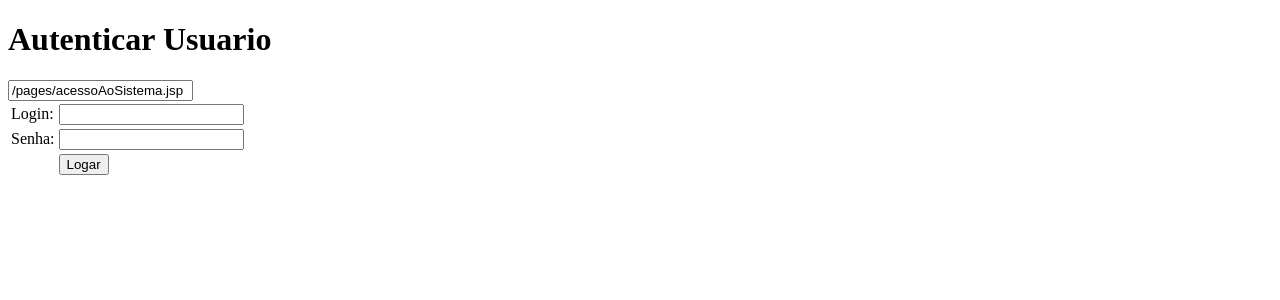
Repository: VictorGOrellana/RecursosJava
Page: http://localhost/curso.edu/pages/acessoAoSistema.jsp
An editor plug-in stored every save of this project. The page is shown before and after the next save, followed by the edit.
The browser window is 1280 px wide. The pictures show the whole page.
The page is served by Tomcat 9.

Above is the page before, as saved 2019-07-25 17:01:48.

After the next save:
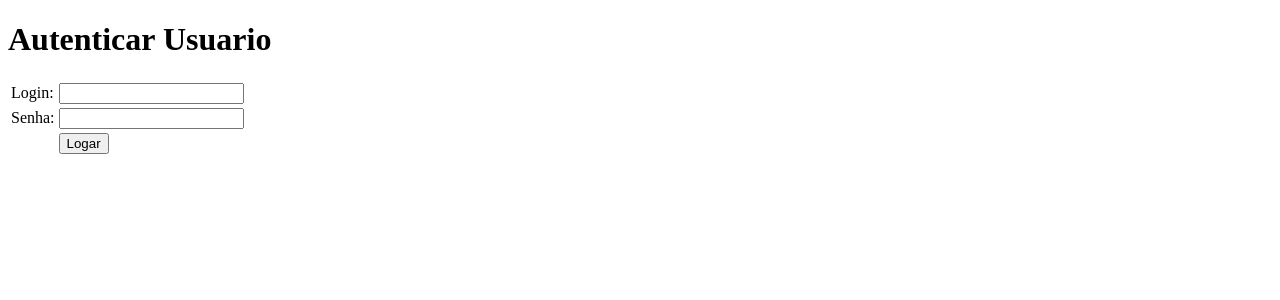
Saved 5 min 38 s later.
--- a/curso.edu/WebContent/autenticar.jsp
+++ b/curso.edu/WebContent/autenticar.jsp
@@ -10,7 +10,7 @@
  <h1> Autenticar Usuario </h1>
 
  	<form action="ServletAutenticacao" method="post">
- 		<input readonly="readonly" id="url" name= "url" value="<%= request.getParameter("url") %>" />
+ 		<input type="hidden" readonly="readonly" id="url" name= "url" value="<%= request.getParameter("url") %>" />
  		<table>
  			<tr>
  			<td>Login: </td>
